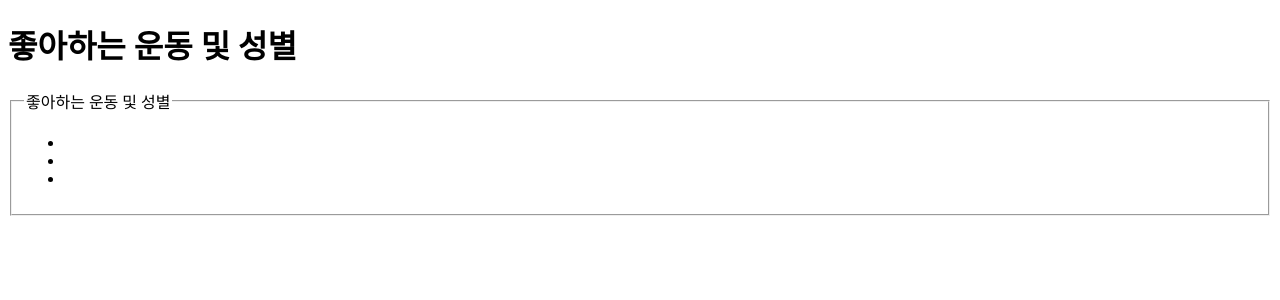
Repository: sgnq008-tech/JSP
Page: http://localhost/WebProject/test/sport.jsp
An editor plug-in stored every save of this project. The page is shown before and after the next save, followed by the edit.
The browser window is 1280 px wide. The pictures show the whole page.
The page is served by Tomcat 9.

Above is the page before, as saved 2026-09-08 00:42:11.

After the next save:
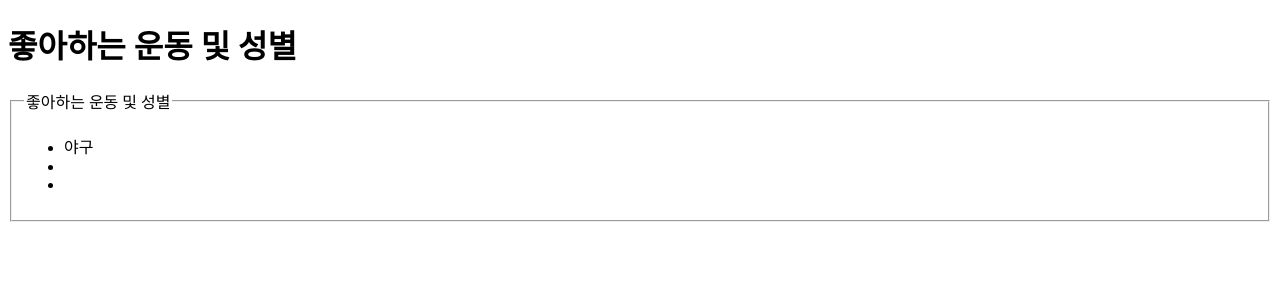
Saved 20 s later.
--- a/jsp_workspace/WebProject/src/main/webapp/test/sport.jsp
+++ b/jsp_workspace/WebProject/src/main/webapp/test/sport.jsp
@@ -12,7 +12,10 @@
                 <fieldset>
                                 <legend>좋아하는 운동 및 성별</legend>
                                 <ul>
-                                <li></li>
+                                <li>
+                                       <label>야구</label>
+
+                                </li>
                                 <li></li>
                                 <li></li>
                                 </ul>
